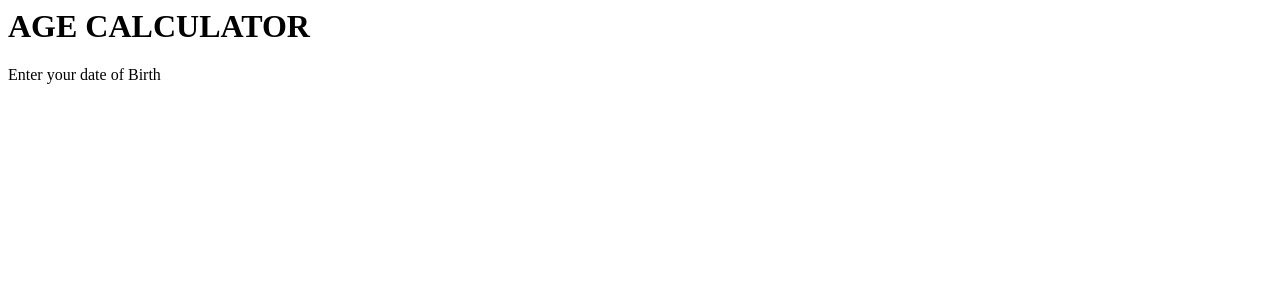
Repository: Femi007-gh/Calculator
Page: index.html
These files come from the project's save history. The page is drawn as it stood at one moment and after a run of saves; the edit follows.
The browser window is 1280 px wide. The pictures show the whole page.

Above is the page before, as saved 2025-03-27 07:26:36.
Not found: script.js

### index.html
<html>
  <head>
    <title></title>
    <script src="script.js"></script>
  </head>
  <body>
    <div>
      <div>
        <h1>AGE CALCULATOR</h1>
      </div>
      <div>
        <label>Enter your date of Birth</label>
      </div>
    </div>
  </body>
</html>

After the next 2 saves:
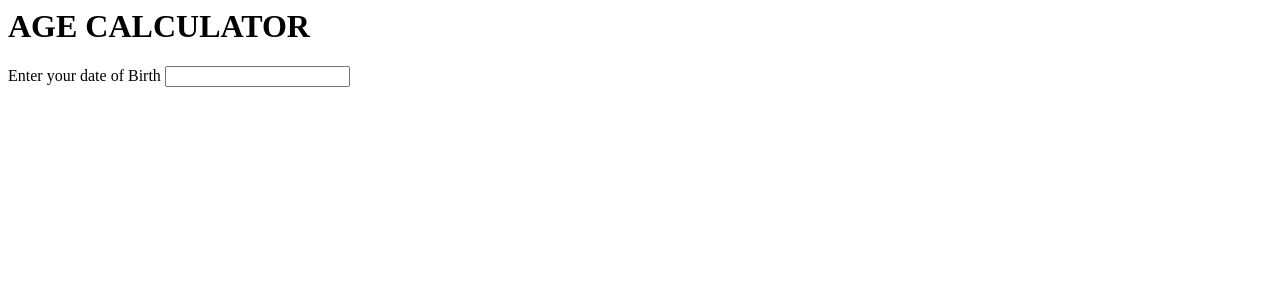
The 2 saves are shown as one change because they came seconds apart.
The last was saved 7 s later.
--- a/index.html
+++ b/index.html
@@ -10,6 +10,7 @@
       </div>
       <div>
         <label>Enter your date of Birth</label>
+        <input>
       </div>
     </div>
   </body>
